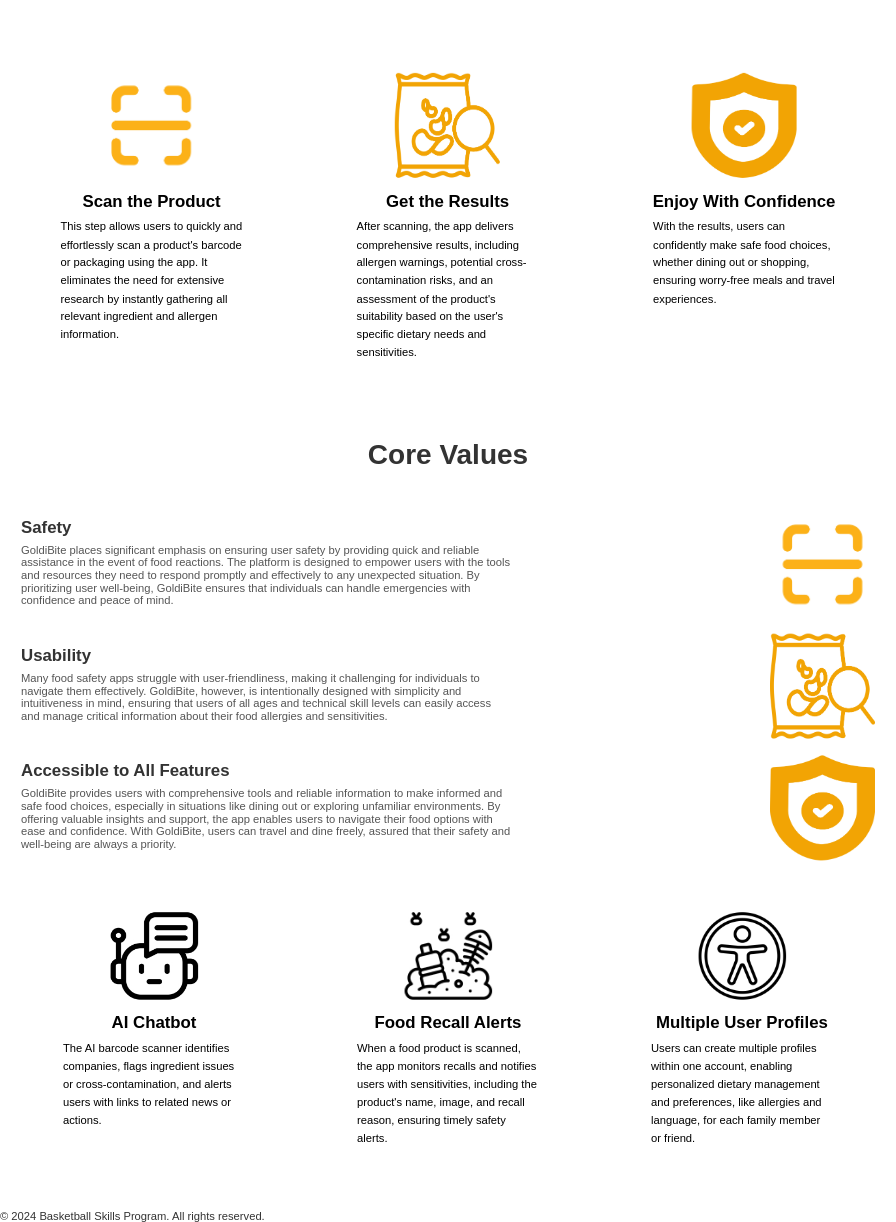
Repository: GavinPahal/landingpage
Page: /
An editor plug-in stored every save of this project. The page is shown before and after the next save, followed by the edit.
The browser window is 1280 px wide. The pictures show the part of the page from y = 933 to 2853 px (the page is 2679 px tall before and 2853 px after), at 70% of full size.
The project was rebuilt for these pictures with package versions that can differ from the ones it lists, and the page was loaded fresh each time. The framework's server and built-in components were replaced by stand-ins that run in the browser. Also part of the build but not shown: next.config.mjs.

Above is the page before, as saved 2024-11-28 18:59:47.

### pages/_app.js
// pages/_app.js
import "@/styles/globals.css"; // Import the global CSS file

function MyApp({ Component, pageProps }) {
  return <Component {...pageProps} />;
}

export default MyApp;

### pages/index.js
// pages/index.js
import Hero from "../components/Hero";
import Features from "../components/Features";
import Footer from "../components/Footer";
import Product from "../components/Product"
import Value from "../components/Value"

export default function Home() {
  return (
    <div>
      <Hero />
      <Features />
      <Value />
      <Product />
      <Footer />
    </div>
  );
}

### styles/globals.css
/* Global Styles */
* {
  margin: 0;
  padding: 0;
  box-sizing: border-box;
}

body {
  font-family: Arial, sans-serif;
  color: #333;
  overflow-x: hidden; /* Prevent horizontal overflow */
}

/* Hero Section */
.hero {
  display: flex; /* Use flexbox to align elements */
  position: relative;
  height: 100vh;
  width: 100%; /* Ensure the hero section spans the full width */
  background-color: #2d2d2d; /* Dark background to contrast with the image */
}

.imageWrapper {
  position: relative;
  width: 100%; /* Left side takes full width */
  height: 100%;
}

.imageContainer {
  position: absolute;
  top: 0;
  left: 0;
  width: 100%;
  height: 100%;
  filter: blur(8px); /* Add blur effect to the image */
  object-fit: cover;
}

.overlay {
  position: absolute;
  top: 0;
  left: 0;
  width: 100%;
  height: 100%;
  background: rgba(0, 0, 0, 0.6); /* Dark overlay to ensure text stands out */
  color: white;
  display: flex;
  flex-direction: column;
  justify-content: center;
  align-items: flex-start;
  padding: 60px 40px; /* Increased padding for more space */
  text-align: left;
}

.heroTitle {
  display: flex;
  align-items: center; /* Align logo and title horizontally */
  margin-bottom: 40px; /* Space between title and the rest of the content */
  position: relative; /* Allow positioning adjustments */
  top: -80px; /* Move the logo and title even higher */
}

.heroTitle img {
  margin-right: 20px; /* Add space between logo and title */
}

.heroTitle h1 {
  font-size: 2rem; /* Bigger font for app name */
  font-weight: bold;
  color: #ffffff; /* Bright color to stand out */
  text-transform: uppercase;
}

.tagline {
  font-size: 5rem; /* Make "BEST NATURE APP" 5rem */
  font-weight: bold;
  margin-bottom: 0; /* Remove extra space between the lines */
  color: #ffffff; /* Striking color */
  text-shadow: 3px 3px 5px rgba(0, 0, 0, 0.8); /* Enhanced text visibility */
  line-height: 1.1; /* Adjust line-height to decrease space between lines */
  letter-spacing: 1.5px;
  display: block;
  max-width: 100%; /* Ensure text doesn't overflow */
}

.bestNature {
  display: block;
  font-size: 3rem; /* Adjust to smaller font size for the first part */
}

.appEver {
  display: block;
  margin-top: 0;
  font-size: 3rem;
}

.subTagline {
  font-size: 1.2rem;
  margin-top: 20px;
  margin-bottom: 40px;
  line-height: 1.6;
  max-width: 650px;
  color: white;
  letter-spacing: 0.5px;
  text-align: left;
}

.demoText {
  display: block;
  font-size: 1.4rem;
  font-weight: bold;
}

.natureText {
  display: block;
  font-size: 1.2rem;
  margin-top: 10px;
  font-style: italic;
  letter-spacing: 0.3px;
}

/* CTA Button */
.ctaButton {
  background-color: #00C9A2;
  color: #ffffff;
  padding: 15px 40px;
  font-size: 1.4rem;
  border: none;
  border-radius: 50px;
  text-align: center;
  margin-top: 60px;
  cursor: pointer;
  transition: background-color 0.3s, transform 0.3s;
  text-decoration: none;
}

.ctaButton:hover {
  background-color: #035343;
}

.ctaButton:focus {
  outline: none;
}

.rightImageWrapper {
  position: absolute;
  left: 62%;
  bottom: 20px;
  width: 400px;
  height: auto;
  z-index: 2;
  margin-top: 100px;
}

.rightImageContainer {
  position: relative;
  width: 100%;
  height: 100%;
}

.rightImageContainer img {
  width: 100%;
  height: auto;
  border-radius: 8px;
  object-fit: cover;
}

.features {
  padding: 50px 20px;
  text-align: center;
}
.features h2 {
  font-size: 2.5rem;
  font-weight: bold;
  color: #ffffff;
  margin-bottom: 30px;
  text-transform: uppercase;
  letter-spacing: 1px;
}

.infoCards {
  display: flex;
  flex-wrap: wrap;
  justify-content: space-around;
  gap: 30px;
  margin-bottom: 40px;
}

.card {
  text-align: center;
  margin: 0 auto; /* Ensure cards are centered */
}

.card:first-child { /* Target the first feature card */
  max-width: 400px; /* Restrict width for a cleaner layout */
  margin: 20px auto; /* Center the card horizontally and add spacing */
}

.card:first-child p {
  text-align: left; /* Center-align the text for the first card */
  max-width: 280x; /* Ensure text does not overflow the card */
  margin: 0 auto;
}

.card img {
  margin-bottom: 15px;
}

.card h3 {
  font-size: 1.5rem;
  font-weight: 600;
  color: #000000;
  margin-bottom: 10px;
}

.card p {
  font-size: 1rem;
  line-height: 1.6;
  color: #000000;
  max-width: 260px;
  margin: 0 auto;
  text-align: left;
}

.text1 {
  font-size: 1rem;
  line-height: 1.6;
  color: #000000;
  max-width: 250px;
  margin: 0 auto;
  text-align: left;
}

.text2 {
  font-size: 1rem;
  line-height: 1.6;
  color: #000000;
  max-width: 250px;
  margin: 0 auto;
  text-align: left;
}

.missionStatement {
  text-align: center; /* Center the text */
  margin-bottom: 110px; /* Add some spacing below the mission statement */
  border-radius: 8px; /* Rounded corners */
  padding-left: 30px;
}

.missionStatement h1 {
  font-size: 3rem;
  font-weight: bold;
  color: #333;
  margin-bottom: 10px;
  font-weight: bold;
  padding-right: 40px;
}

.missionStatement p {
  font-size: 1.2rem;
  line-height: 1.6;
  color: #555;
  max-width: 710px;
  margin: 0 auto;
  text-align: left;
}


.coreValues {
  display: flex;
  flex-direction: column;
  gap: 30px;
  padding: 20px;
}

.coreMission {
  text-align: center;
  margin-bottom: 30px;
}

.coreMission h1 {
  font-size: 2.5rem;
  font-weight: bold;
}

.valueCards {
  display: flex;
  flex-direction: column;
  gap: 20px;
}

.valueCard {
  display: flex;
  justify-content: space-between;
  align-items: center;
}

.textContent {
  flex: 1;
}

.textContent h3 {
  font-size: 1.5rem;
  margin-bottom: 10px;
}

.textContent p {
  max-width: 700px;
  font-size: 1rem;
  margin-bottom: 10px;
  color: #555;
}

.imageContent {
  margin-left: 20px;
}

.imageContent img {
  width: 150px;
  height: 150px;
}



@media (max-width: 1024px) {
  .hero {
    flex-direction: column; /* Stack elements vertically on smaller screens */
  }

  .overlay {
    padding: 40px 20px; /* Reduced padding for smaller screens */
    text-align: center; /* Center-align text on smaller screens */
  }

  .heroTitle {
    margin-bottom: 20px; /* Reduce space between the title and the tagline */
    top: 0; /* Reset top positioning for better alignment */
  }

  .tagline {
    font-size: 3rem; /* Decrease font size on smaller screens */
  }

  .bestNature, .appEver {
    font-size: 2.5rem; /* Smaller font size for better readability */
  }

  .subTagline {
    font-size: 1rem; /* Adjust subtagline font size for smaller screens */
    max-width: 100%; /* Allow full-width display */
    padding: 0 20px; /* Add padding to the sides */
  }

  .rightImageWrapper {
    left: 50%; /* Center the image on smaller screens */
    bottom: 10px;
    width: 300px; /* Reduce image size */
    margin-top: 60px;
  }
}

/* CTA Button Adjustments */
@media (max-width: 768px) {
  .ctaButton {
    padding: 12px 30px; /* Reduced padding for better proportion on small screens */
    font-size: 1.2rem; /* Smaller font size */
    width: 90%; /* Allow the button to take up more space on smaller screens */
    margin-top: 40px; /* Reduced top margin */
  }
}

/* Feature Section Adjustments */
@media (max-width: 768px) {
  .features {
    padding: 30px 20px; /* Reduce padding */
  }

  .features h2 {
    font-size: 2rem; /* Smaller font size for headings */
  }

  .infoCards {
    flex-direction: column; /* Stack cards vertically */
    align-items: center;
    gap: 20px; /* Reduced gap between cards */
  }

  .card {
    max-width: 90%; /* Ensure cards take full width on smaller screens */
    margin: 10px auto; /* Center the cards */
  }

  .card h3 {
    font-size: 1.2rem; /* Decrease font size */
  }

  .card p {
    font-size: 0.9rem; /* Smaller text for better readability */
  }
}

/* Final Adjustments */
@media (max-width: 480px) {
  .hero {
    height: auto; /* Allow the hero section to adjust to content */
  }

  .overlay {
    padding: 20px; /* Even smaller padding */
    text-align: center;
  }

  .tagline {
    font-size: 2.5rem; /* Further decrease tagline size */
  }

  .ctaButton {
    padding: 10px 20px; /* Smaller padding for mobile screens */
    font-size: 1rem; /* Reduce font size */
  }

  .features h2 {
    font-size: 1.6rem; /* Adjust feature section heading */
  }

  .card {
    max-width: 100%; /* Ensure the cards take full width */
  }

  .text1, .text2 {
    font-size: 0.9rem; /* Adjust text sizes for smaller screens */
  }
}

### components/Hero.js
import Image from "next/image";

export default function Hero() {
  return (
    <section className="hero">
      <div className="imageWrapper">
        <div className="imageContainer">
          <Image
            src="/images/grocey.jpg"
            alt="Nature Image"
            layout="fill"
            objectFit="cover"
          />
        </div>
        <div className="overlay">
          <div className="heroTitle">
            <Image
              src="/images/logo.webp"
              alt="Goldibite Logo"
              width={50}
              height={50}
            />
            <h1>Goldibite</h1>
          </div>
          <p className="tagline">
            <span className="bestNature">YOUR BUDDY FOR</span>
            <span className="appEver">FOOD SAFETY</span>
          </p>
          <p className="subTagline">
            <span className="demoText">Get a demo and try our new app.</span>
            <span className="natureText">
            The Right Bite, Every Time
            </span>
          </p>
          <a href="#demo" className="ctaButton">
            TRY DEMO
          </a>
        </div>
      </div>


      <div className="rightImageWrapper">
        <div className="rightImageContainer">
          <Image
            src="/images/phone.png"
            alt="New Image"
            layout="intrinsic"
            width={500}
            height={500}
          />
        </div>
      </div>
    </section>
  );
}

### components/Features.js
import Image from "next/image";

export default function Features() {
  return (
    <section className="features">
      {/* Mission Statement Section */}
      <div className="missionStatement">
        <h1>Mission Statement</h1>
        <p>
          Our mission is to empower travelers with food allergies and sensitivities by providing a user-friendly, globally accessible app that ensures safety, confidence, and convenience when navigating food choices in unfamiliar environments.
        </p>
      </div>

      {/* Features Cards Section */}
      <div className="infoCards">
        <div className="card" style={{ margin: "0 10px" }}>
          <Image
            src="/images/iconamoon_scanner (1).jpg"
            alt="Feature 1"
            width={150}
            height={150}
          />
          <h3>Scan the Product</h3>
          <p>
            This step allows users to quickly and effortlessly scan a product's barcode or packaging using the app.
            It eliminates the need for extensive research by instantly gathering all relevant ingredient and allergen information.
          </p>
        </div>
        <div className="card" style={{ margin: "0 10px" }}>
          <Image
            src="/images/magnifying.jpg"
            alt="Feature 2"
            width={150}
            height={150}
          />
          <h3>Get the Results</h3>
          <p>
            After scanning, the app delivers comprehensive results, including allergen warnings, potential cross-contamination risks,
            and an assessment of the product's suitability based on the user's specific dietary needs and sensitivities.
          </p>
        </div>
        <div className="card" style={{ margin: "0 10px" }}>
          <Image
            src="/images/Confident.jpg"
            alt="Feature 3"
            width={150}
            height={150}
          />
          <h3>Enjoy With Confidence</h3>
          <p>
            With the results, users can confidently make safe food choices, whether dining out or shopping,
            ensuring worry-free meals and travel experiences.
          </p>
        </div>
      </div>
    </section>
  );
}

### components/Footer.js
export default function Footer() {
    return (
      <footer className="footer">
        <p>&copy; 2024 Basketball Skills Program. All rights reserved.</p>
      </footer>
    );
  }

### components/Product.js
import Image from "next/image";

export default function Features() {
  return (
    <section className="features">
      <div className="infoCards" style={{ gap: "20px" }}>
        <div className="card" style={{ margin: "0 10px" }}>
          <Image
            src="/images/chatbot.jpg"
            alt="Feature 1"
            width={125}
            height={125}
          />
          <h3>AI Chatbot</h3>
          <p>
            The AI barcode scanner identifies companies, flags ingredient
            issues or cross-contamination, and alerts users with links to
            related news or actions.
          </p>
        </div>
        <div className="card" style={{ margin: "0 10px" }}>
          <Image
            src="/images/trash.jpg"
            alt="Feature 2"
            width={125}
            height={125}
          />
          <h3>Food Recall Alerts</h3>
          <p>
            When a food product is scanned, the app monitors recalls and
            notifies users with sensitivities, including the product's name,
            image, and recall reason, ensuring timely safety alerts.
          </p>
        </div>
        <div className="card" style={{ margin: "0 10px" }}>
          <Image
            src="/images/accessibility.png"
            alt="Feature 3"
            width={125}
            height={125}
          />
          <h3>Multiple User Profiles</h3>
          <p>
            Users can create multiple profiles within one account, enabling
            personalized dietary management and preferences,
            like allergies and  language, for each family member or friend.
          </p>
        </div>
      </div>
    </section>
  );
}

### components/Value.js
import Image from "next/image";

export default function Features() {
  return (
    <section className="coreValues">
      <div className="coreMission">
        <h1>Core Values</h1>
      </div>

      <div className="valueCards">
        <div className="valueCard" style={{ margin: "0 10px" }}>
          <div className="textContent">
            <h3>Safety</h3>
            <p>
            GoldiBite places significant emphasis on ensuring user safety by providing quick and reliable assistance in the event of food reactions. The platform is designed to empower users with the tools and resources they need to respond promptly and effectively to any unexpected situation. By prioritizing user well-being,
             GoldiBite ensures that individuals can handle emergencies with confidence and peace of mind.
            </p>
          </div>
          <div className="imageContent">
            <Image
              src="/images/iconamoon_scanner (1).jpg"
              alt="Feature 1"
              width={150}
              height={150}
            />
          </div>
        </div>
        <div className="valueCard" style={{ margin: "0 10px" }}>
          <div className="textContent">
            <h3>Usability</h3>
            <p>
            Many food safety apps struggle with user-friendliness, making it challenging for individuals to navigate them effectively. GoldiBite, however,
             is intentionally designed with simplicity and intuitiveness in mind, ensuring that users of all ages and technical skill levels can easily access and manage critical information about their food allergies and sensitivities.

            </p>
          </div>
          <div className="imageContent">
            <Image
              src="/images/magnifying.jpg"
              alt="Feature 2"
              width={150}
              height={150}
            />
          </div>
        </div>
        <div className="valueCard" style={{ margin: "0 10px" }}>
          <div className="textContent">
            <h3>Accessible to All Features</h3>
            <p>
            GoldiBite provides users with comprehensive tools and reliable information to make informed and safe food choices, especially in situations like dining out or exploring unfamiliar environments. By offering valuable insights and support, the app enables users to navigate their food options with ease and confidence. With GoldiBite, users can travel and dine freely,
             assured that their safety and well-being are always a priority.
            </p>
          </div>
          <div className="imageContent">
            <Image
              src="/images/Confident.jpg"
              alt="Feature 3"
              width={150}
              height={150}
            />
          </div>

        </div>
      </div>
    </section>
  );
}

Loaded but not shown: pages/_document.js (common file)

After the next save:
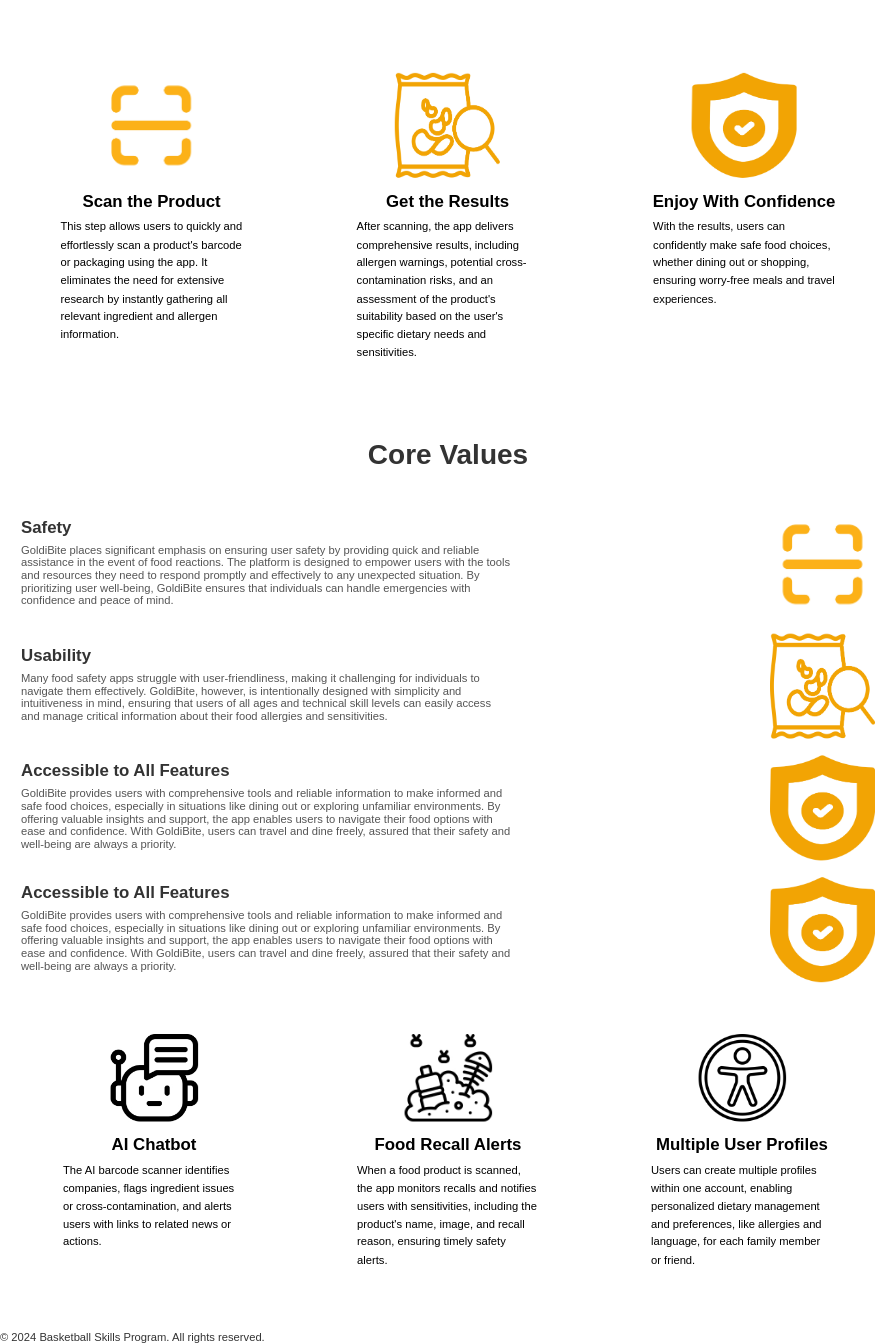
Saved 19 s later.
--- a/components/Value.js
+++ b/components/Value.js
@@ -61,6 +61,24 @@
           </div>
 
         </div>
+        <div className="valueCard" style={{ margin: "0 10px" }}>
+          <div className="textContent">
+            <h3>Accessible to All Features</h3>
+            <p>
+            GoldiBite provides users with comprehensive tools and reliable information to make informed and safe food choices, especially in situations like dining out or exploring unfamiliar environments. By offering valuable insights and support, the app enables users to navigate their food options with ease and confidence. With GoldiBite, users can travel and dine freely,
+             assured that their safety and well-being are always a priority.
+            </p>
+          </div>
+          <div className="imageContent">
+            <Image
+              src="/images/Confident.jpg"
+              alt="Feature 3"
+              width={150}
+              height={150}
+            />
+          </div>
+
+        </div>
       </div>
     </section>
   );
